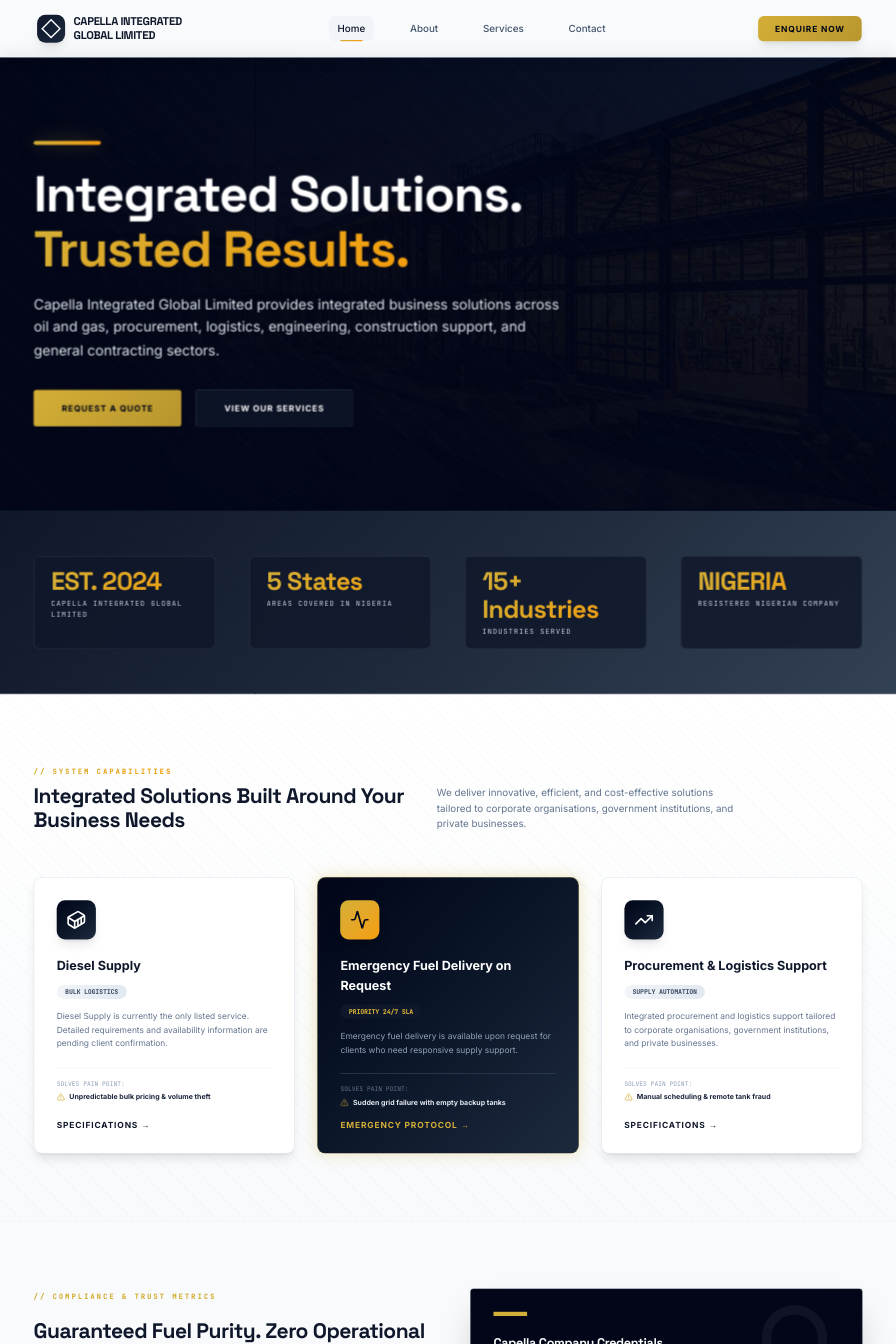
Repository: Jessic-asomugha/primo
Page: /
These files come from the project's save history. The page is drawn as it stood at one moment and after the next save; the edit follows.
The browser window is 1280 px wide. The pictures show the part of the page from y = 0 to 1920 px (the page is 4037 px tall before and 3716 px after), at 70% of full size.
The project was rebuilt for these pictures with package versions that can differ from the ones it lists, and the page was loaded fresh each time. Also part of the build but not shown: vite.config.ts, src/components/AboutView.tsx, src/components/ServicesView.tsx, src/components/ContactView.tsx, src/components/EnquiryView.tsx.

Above is the page before, as saved 2026-08-06 12:17:15.

After the next save:
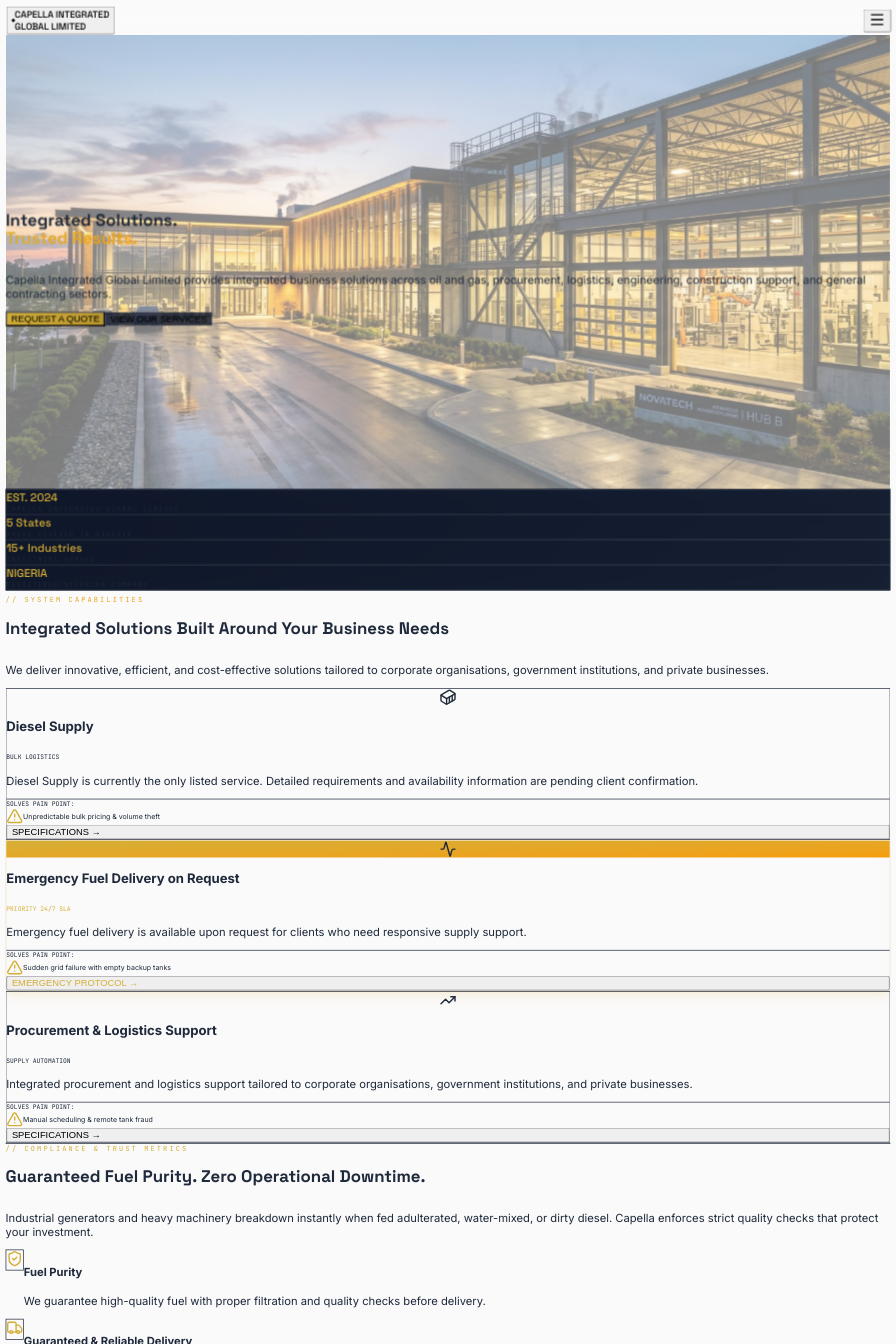
Saved 7 s later.
--- a/src/index.css
+++ b/src/index.css
@@ -1,5 +1,7 @@
 @import url('https://fonts.googleapis.com/css2?family=Inter:wght@400;500;600;700&family=Space+Grotesk:wght@500;600;700&family=JetBrains+Mono:wght@400;500&display=swap');
-@import "tailwindcss";
+@tailwind base;
+@tailwind components;
+@tailwind utilities;
 
 @theme {
   --font-sans: "Inter", ui-sans-serif, system-ui, sans-serif;
